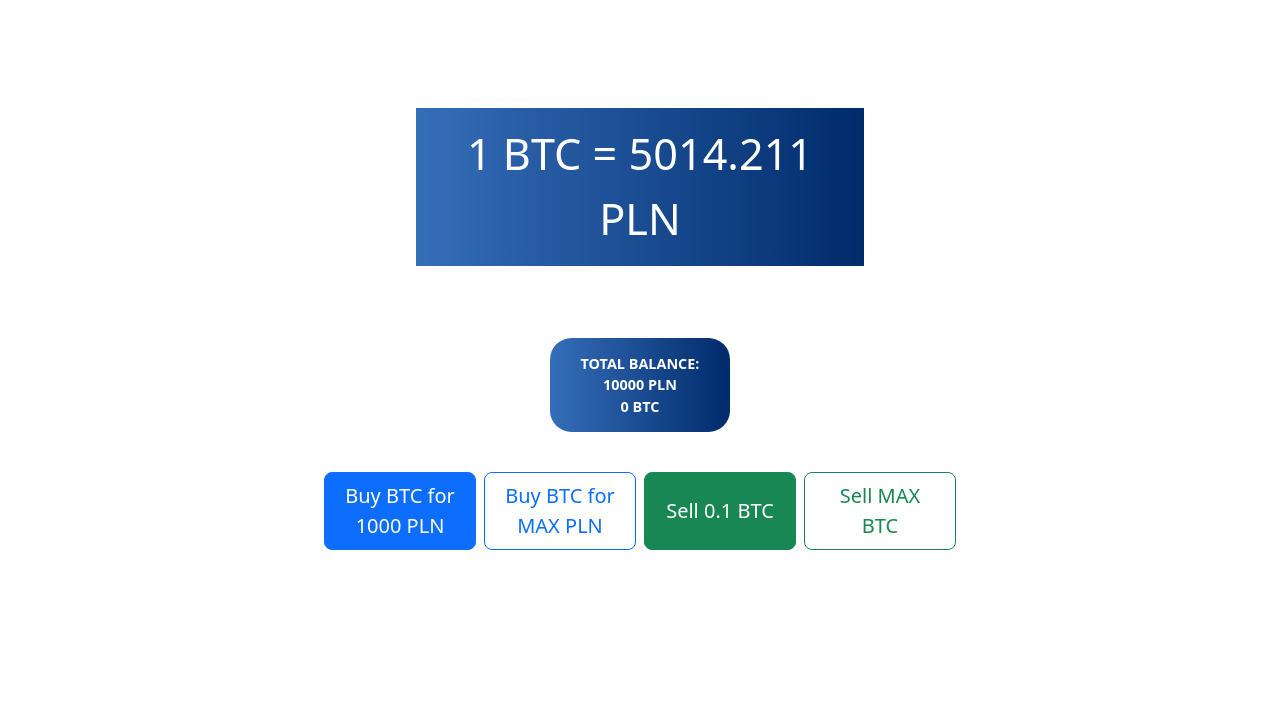
Repository: michalgornicki/bitcoin-virtual
Page: /
These files come from the project's save history. The page is drawn as it stood at one moment and after a run of saves; the edit follows.
The browser window is 1280 px wide. The pictures show the whole page.
The project was rebuilt for these pictures with package versions that can differ from the ones it lists, and the page was loaded fresh each time.

Above is the page before, as saved 2021-12-05 23:23:02.

### src/App.jsx
import React, { useState, useEffect } from "react";
import "./App.css";
import Button from "react-bootstrap/Button";
import "bootstrap/dist/css/bootstrap.min.css";

function App() {
  const [bitcoinPrice, setBitcoinPrice] = useState(5000);
  const [accountPLN, setAccountPLN] = useState(10000);
  const [accountBTC, setAccountBTC] = useState(0);
  const [change, setChange] = useState(5000);


  useEffect(() => {
    bitcoin();
    percent();
  }, []);

  const bitcoin = () => {
    let randomNumber = parseFloat((Math.random() * 20 - 10).toFixed(3));
    setBitcoinPrice((bitcoinPrice) =>
      parseFloat((bitcoinPrice + randomNumber).toFixed(3))
    );
    console.log(bitcoinPrice);
    setTimeout(bitcoin, 1000);
  };

  const percent = () => {
    setChange(change - bitcoinPrice);
    setTimeout(percent, 1000);
  }

  const buyBitcoin = () => {
    if (accountPLN >= 1000) {
      setAccountPLN(accountPLN - 1000);
      setAccountBTC((accountBTC) =>
        parseFloat((accountBTC + 1000 / bitcoinPrice).toFixed(6))
      );
      console.log(accountBTC);
    } else {
      setAccountPLN(0);
      setAccountBTC((accountBTC) =>
        parseFloat((accountBTC + accountPLN / bitcoinPrice).toFixed(6))
      );
    }
  };

  const buyMAXBitcoin = () => {
      setAccountPLN(0);
      setAccountBTC((accountBTC) =>
        parseFloat((accountBTC + accountPLN/bitcoinPrice).toFixed(6))
      );
      console.log(accountBTC);
  };

  const sellBitcoin = () => {
    if (accountBTC >= 0.1) {
      setAccountPLN(parseFloat((accountPLN + bitcoinPrice / 10).toFixed(6)));
      setAccountBTC((accountBTC) => parseFloat((accountBTC - 0.1).toFixed(6)));
      console.log(accountBTC);
    } else {
      setAccountPLN(
        parseFloat((accountPLN + bitcoinPrice * accountBTC).toFixed(6))
      );
      setAccountBTC((accountBTC) => parseFloat((0).toFixed(6)));
    }
  };

  const sellMAXBitcoin = () => {
      setAccountPLN(parseFloat((accountPLN + bitcoinPrice*accountBTC).toFixed(6)));
      setAccountBTC(0);
      console.log(accountBTC);
  };


  return (
    <div className="wrapper">
      <div className="price">1 BTC = {bitcoinPrice} PLN </div>
      <div className="account-container">
        <div className="account">TOTAL BALANCE:</div>
        <div className="account">{accountPLN} PLN</div>
        <div className="account">{accountBTC} BTC</div>
      </div>

      <div className="button-container w-50 m-auto">
        <Button variant="primary m-1 btn-lg w-50" onClick={buyBitcoin}>
          Buy BTC for 1000 PLN
        </Button>
        <Button variant="outline-primary m-1 btn-lg w-50" onClick={buyMAXBitcoin}>
          Buy BTC for MAX PLN
        </Button>
        <Button variant="success m-1 btn-lg w-50" onClick={sellBitcoin}>
          Sell 0.1 BTC
        </Button>
        <Button variant="outline-success m-1 btn-lg w-50" onClick={sellMAXBitcoin}>
          Sell MAX BTC
        </Button>
      </div>
    </div>
  );
}

export default App;

### src/App.css

body{
    font-family:'Segoe UI', Tahoma, Geneva, Verdana, sans-serif;
    user-select: none;
}

.wrapper{
    display: block;
    margin: auto;
}

.price{
    font-size: 6vmin;
    display: block;
    margin: auto;
    margin-top: 15vmin;
    padding: 2vmin;
    text-align: center;
    width: 35%;
    color: rgb(255, 255, 255);
    background: linear-gradient(to left, rgb(0, 43, 107), rgb(53, 110, 185));

}

.account-container{
    display: block;
    margin: auto;
    margin-top: 10vmin;
    margin-bottom: 5vmin;
    background: linear-gradient(to left, rgb(0, 43, 107), rgb(53, 110, 185));
    color: white;
    padding: 2vmin;
    border-radius: 3vmin;
    width: 14%;
}

.account{
    font-size: 2vmin;
    font-weight: 600;
    display: block;
    margin: auto;
    text-align: center;
}

.button-container{
    display: flex;
    justify-content: center;
}

.button{
    height: 10vmin;
    width: 10vmin;
    background-color: green;
    color: white;
    text-align: center;
    display: block;
    margin: 2vmin;
    margin-top: 10vmin;
    cursor: pointer;
}

@media only screen and (min-width: 800px) {

    .button-container


}

Loaded but not shown: public/index.html (common file); src/index.js (common file); src/index.css (common file); src/reportWebVitals.js (common file)

After the next 3 saves:
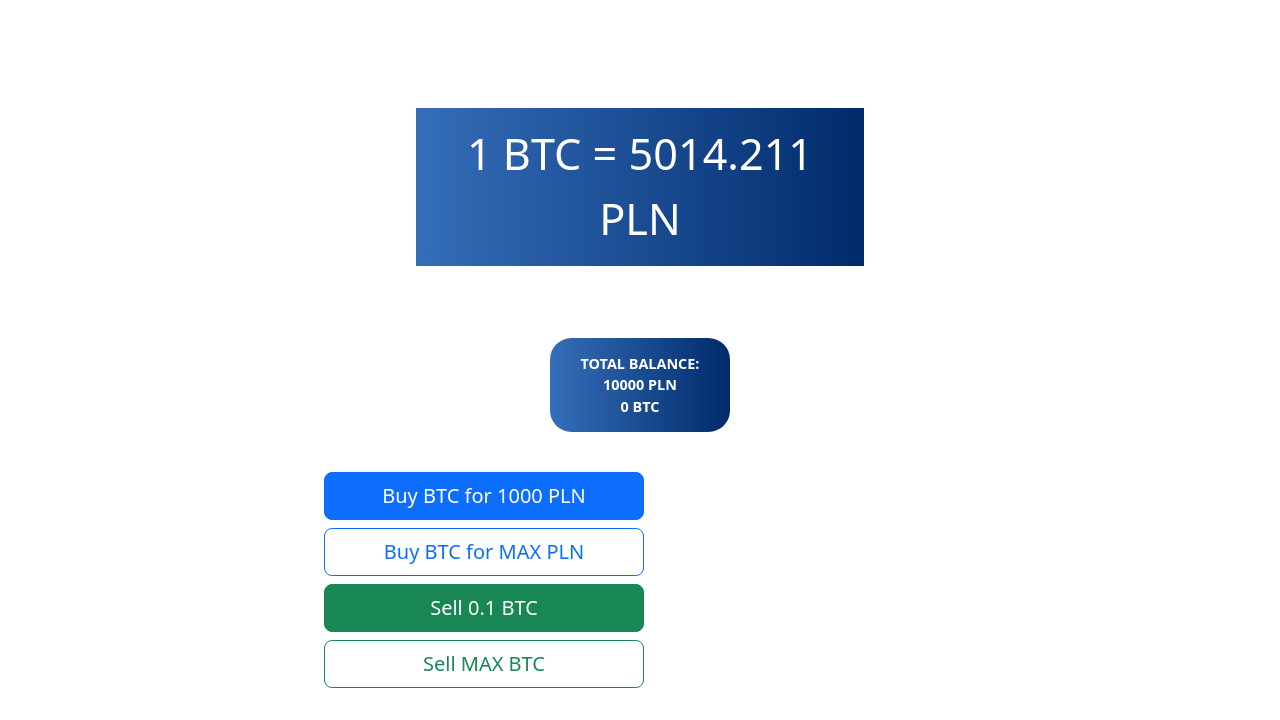
The 3 saves are shown as one change because they came seconds apart.
The last was saved 10 s later.
--- a/src/App.css
+++ b/src/App.css
@@ -61,7 +61,9 @@ body{
 
 @media only screen and (min-width: 800px) {
 
-    .button-container
+    .button-container{
+        flex-direction: column;
+    }
 
 
 }
